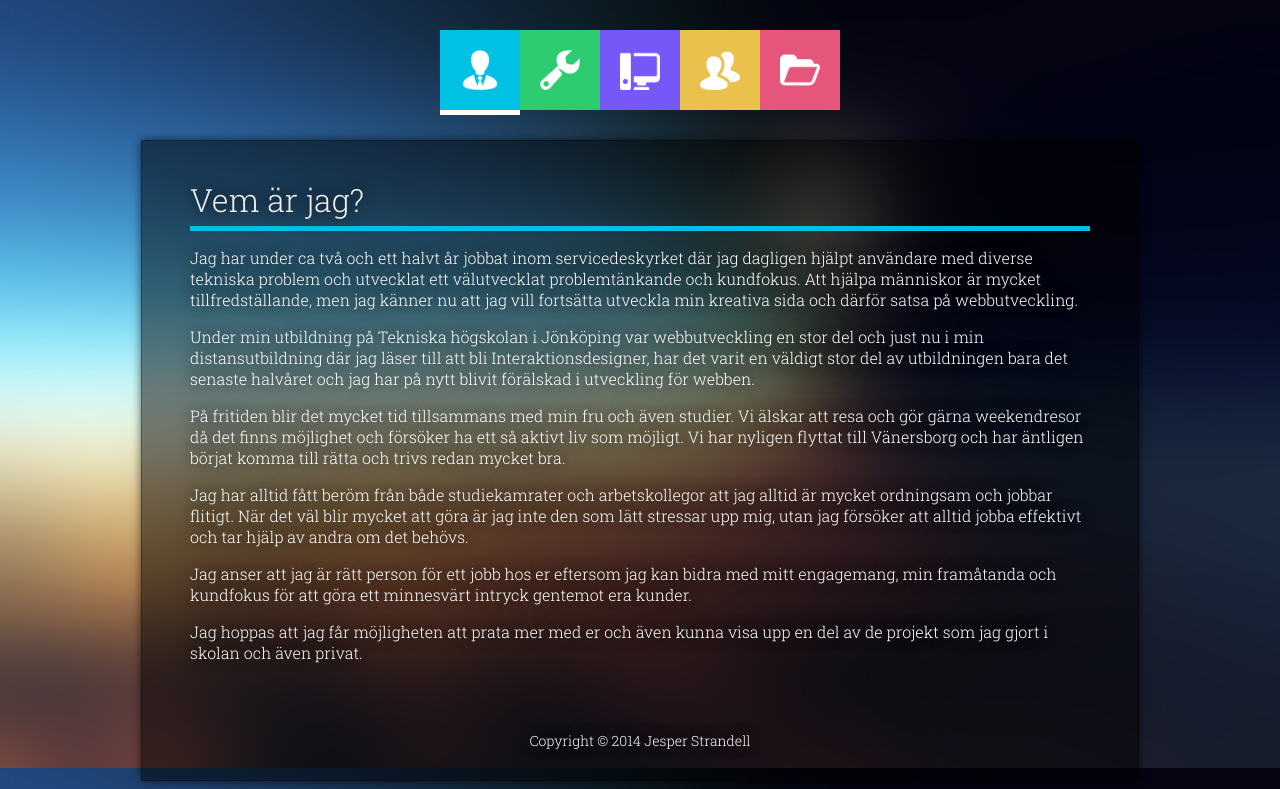
Repository: ja222vv/minipage
Page: index.html
The author's editor kept a record of every edit. The page is drawn from the files as they stood at one moment, then again after the next edit.
The browser window is 1280 px wide. The pictures show the whole page.
Backgrounds fixed to the window are drawn as part of the page.

Above is the page before.

After the next edit:
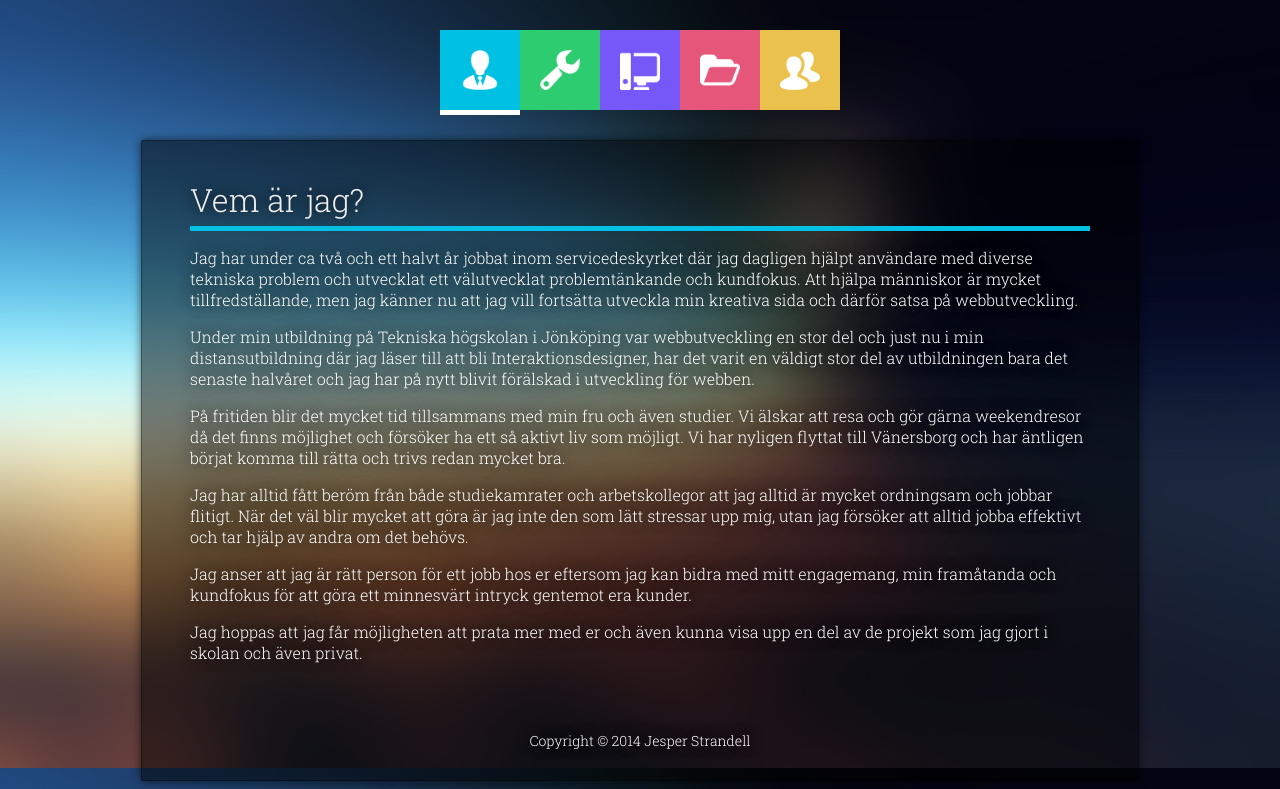
The edit:
--- a/index.html
+++ b/index.html
@@ -26,17 +26,18 @@
                 <span class="title"></span>
                 </a>
             </div>
+
+            <div class="tile red shrink" id="portfolio">
+            	<a href="pages/portfolio.html">
+            	<img src="css/pics/folder.png" class="icon" />
+            	<span class="title"></span>
+            	</a>
+            </div>
             <div class="tile yellow shrink" id="references">
                 <a href="pages/references.html">
                 <img src="css/pics/group.png" class="icon" />
             	<span class="title"></span>
                 </a>
-            </div>
-            <div class="tile red shrink" id="portfolio">
-            	<a href="pages/portfolio.html">
-            	<img src="css/pics/folder.png" class="icon" />
-            	<span class="title"></span>
-            	</a>
             </div>
         </div>
         <div class="container">
